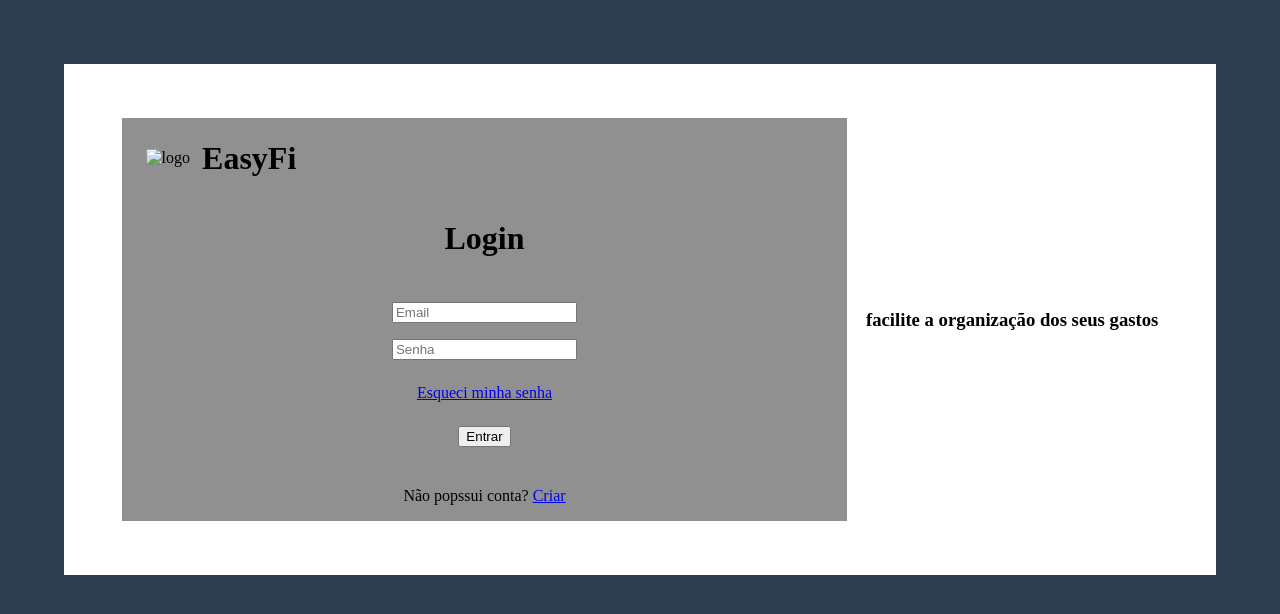
Repository: Ingridiag/projeto-engenharia
Page: login.html
These files come from the project's save history. The page is drawn as it stood at one moment and after the next save; the edit follows.
The browser window is 1280 px wide. The pictures show the whole page.

Above is the page before, as saved 2024-10-28 15:33:33.

After the next save:
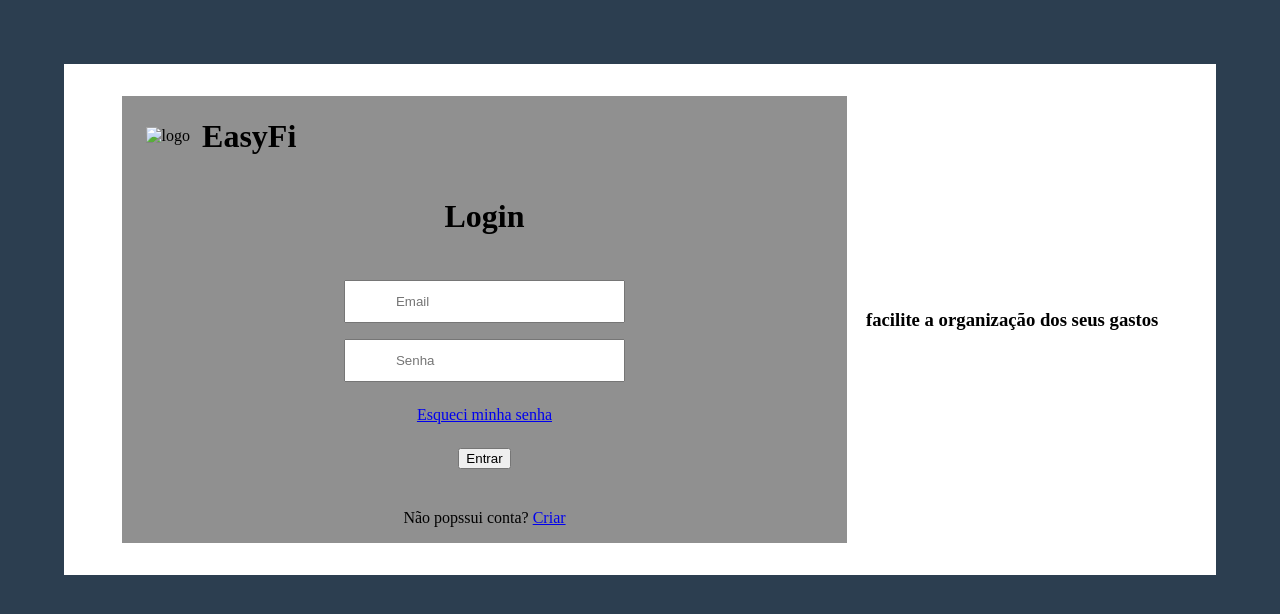
Saved 21 s later.
--- a/style.css
+++ b/style.css
@@ -45,7 +45,7 @@ body {
     flex-direction: column;
     gap: 16px;
 }.formulario form input{
-   padding: 2;
+   padding: 12px 50px;
 }
 
 .cadastro{
